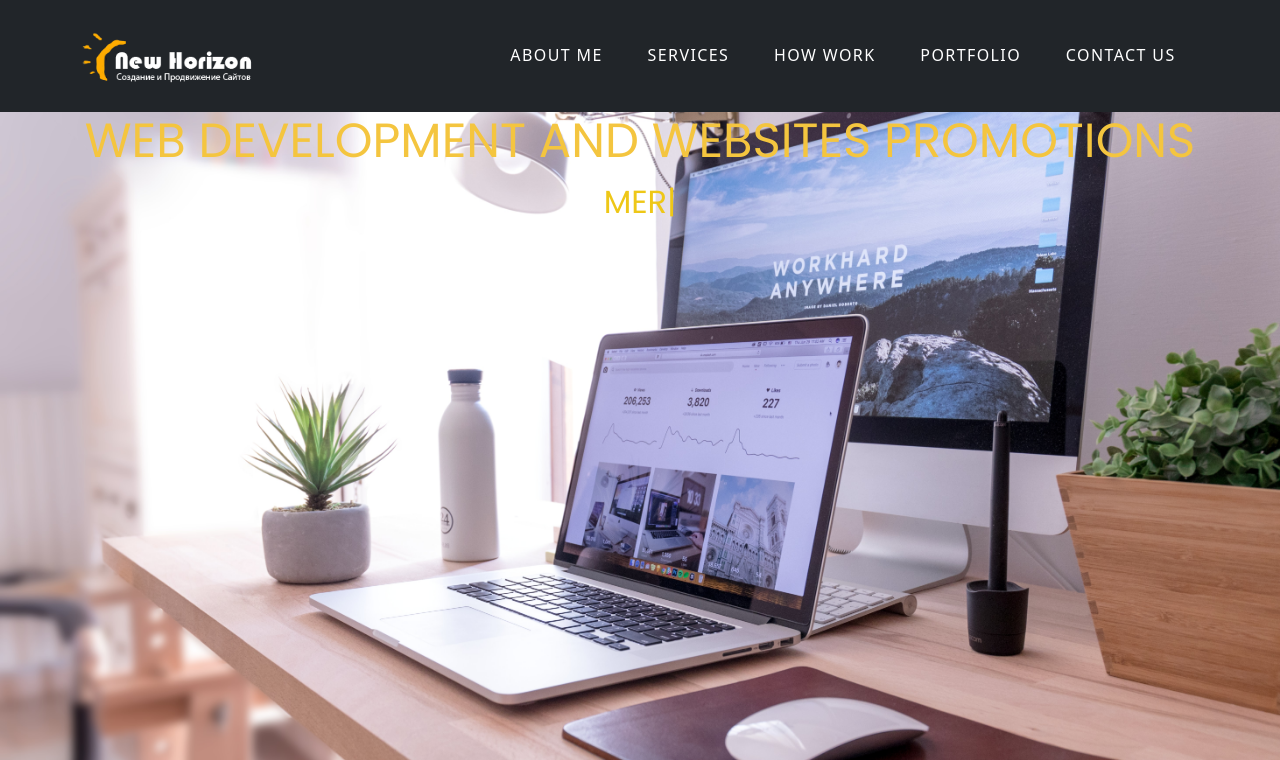
Repository: ahmedibrahimhassan654/React-Bootstrap-5
Page: /
An editor plug-in stored every save of this project. The page is shown before and after the next save, followed by the edit.
The browser window is 1280 px wide. The pictures show the whole page.
The project was rebuilt for these pictures with package versions that can differ from the ones it lists, and the page was loaded fresh each time.

Above is the page before, as saved 2021-11-25 06:53:18.

### public/index.html
<!DOCTYPE html>
<html lang="en">
  <head>
    <meta charset="utf-8" />
    <link rel="icon" href="%PUBLIC_URL%/favicon.ico" />
    <meta name="viewport" content="width=device-width, initial-scale=1" />
    <meta name="theme-color" content="#000000" />
    <meta
      name="description"
      content="Web site created using create-react-app"
    />
    <link rel="apple-touch-icon" href="%PUBLIC_URL%/logo192.png" />
    <!--
      manifest.json provides metadata used when your web app is installed on a
      user's mobile device or desktop. See https://developers.google.com/web/fundamentals/web-app-manifest/
    -->
    <link rel="manifest" href="%PUBLIC_URL%/manifest.json" />
    <!--
      Notice the use of %PUBLIC_URL% in the tags above.
      It will be replaced with the URL of the `public` folder during the build.
      Only files inside the `public` folder can be referenced from the HTML.

      Unlike "/favicon.ico" or "favicon.ico", "%PUBLIC_URL%/favicon.ico" will
      work correctly both with client-side routing and a non-root public URL.
      Learn how to configure a non-root public URL by running `npm run build`.
    -->
    <title>React App</title>
  </head>
  <body>
    <noscript>You need to enable JavaScript to run this app.</noscript>
    <div id="root"></div>


 <script src="https://cdn.jsdelivr.net/npm/bootstrap@5.0.2/dist/js/bootstrap.bundle.min.js" integrity="sha384-MrcW6ZMFYlzcLA8Nl+NtUVF0sA7MsXsP1UyJoMp4YLEuNSfAP+JcXn/tWtIaxVXM" crossorigin="anonymous"></script>

  </body>
</html>

### src/App.js
import "./App.css";
import "bootstrap/dist/css/bootstrap.min.css";
import Navbar from "./components/Navbar";
import Header from "./components/Header";
function App() {
  return (
    <>
      <Navbar />
      <Header />
    </>
  );
}

export default App;

### src/App.css
/* Font Imported */
@import url("https://fonts.googleapis.com/css2?family=Poppins:wght@300;400&family=Work+Sans:wght@300&display=swap");

:root {
  --primary-white: #fff;
  --primary-orage: #f4c53f;
  --primary-dark: #212529;
  --primary-green: #44ee17;
}

body {
  font-family: "Poppins", sans-serif;
}
/* Nav Bar */
.logo {
  width: 16.25rem;
}
/* Menu Link */

nav a.nav-link {
  /* font-weight: 900; */
  letter-spacing: 0.0875rem;
  cursor: pointer;
}
nav ul li {
  text-transform: uppercase;
}
.navbar-nav li a {
  color: var(--primary-white) !important;
  margin-right: 0.9rem;
  margin-left: 0.9rem;
  border-bottom: 0.1875rem solid var(--primary-dark);
}
.navbar-brand {
  max-width: 17.25rem;
  padding: 0 !important;
  height: 6rem;
}
.navbar-nav li a.active,
.navbar-nav li a.active:focus {
  border-bottom: 0.1875rem solid var(--primary-orage);
}
.navbar-nav li a:hover {
  border-top: 0.1875rem solid var(--primary-green);
}
/* Header */
.header-wraper {
  position: relative;
  background-image: url("/src/img/cover.jpg");
  background-size: cover;
  background-position: center;
  height: 90vh;
}
.maininfo {
  display: flex;
  flex-direction: column;
  justify-content: center;
  align-items: center;
  text-align: center;

  font-family: "Poppins", sans-serif;
}
.maininfo h1 {
  color: var(--primary-orage);
  text-transform: uppercase;

  font-size: 3rem;
}

.text-typed {
  color: #eec717;
  font-size: 2rem;
}

### src/components/Navbar.jsx
import React from "react";
import logo from "../logo.png";

import { FontAwesomeIcon } from "@fortawesome/react-fontawesome";
import { faBars } from "@fortawesome/free-solid-svg-icons";

const Navbar = () => {
  return (
    <>
      <nav className="navbar navbar-expand-lg navbar-light bg-dark">
        <div className="container">
          <a className="navbar-brand" href="#">
            <img className="logo" src={logo} alt=" logo ...." />
          </a>
          <button
            className="navbar-toggler"
            type="button"
            data-bs-toggle="collapse"
            data-bs-target="#navbarSupportedContent"
            aria-controls="navbarSupportedContent"
            aria-expanded="false"
            aria-label="Toggle navigation"
          >
            <FontAwesomeIcon icon={faBars} style={{ color: "orange" }} />
          </button>
          <div className="collapse navbar-collapse" id="navbarSupportedContent">
            <ul className="navbar-nav ms-auto mb-2 mb-lg-0">
              <li className="nav-item">
                <a className="nav-link " aria-current="page" href="#">
                  about me
                </a>
              </li>
              <li className="nav-item">
                <a className="nav-link" href="#">
                  services
                </a>
              </li>
              <li className="nav-item">
                <a className="nav-link" href="#">
                  How work
                </a>
              </li>
              <li className="nav-item">
                <a className="nav-link" href="#">
                  Portfolio
                </a>
              </li>
              <li className="nav-item">
                <a className="nav-link" href="#">
                  Contact Us
                </a>
              </li>
            </ul>
          </div>
        </div>
      </nav>
    </>
  );
};

export default Navbar;

### src/components/Header.jsx
import React from "react";
import Typed from "react-typed";
const Header = () => {
  return (
    <div className="header-wraper">
      <div className="maininfo">
        <h1> web development and websites promotions</h1>
        <Typed
          className="text-typed"
          strings={[
            "Node Js Developer",
            "React Js Developer",
            "MERN Stack Web Developer",
          ]}
          typeSpeed={80}
          loop
        />
      </div>
    </div>
  );
};

export default Header;

Loaded but not shown: src/index.js (common file); src/reportWebVitals.js (common file)

After the next save:
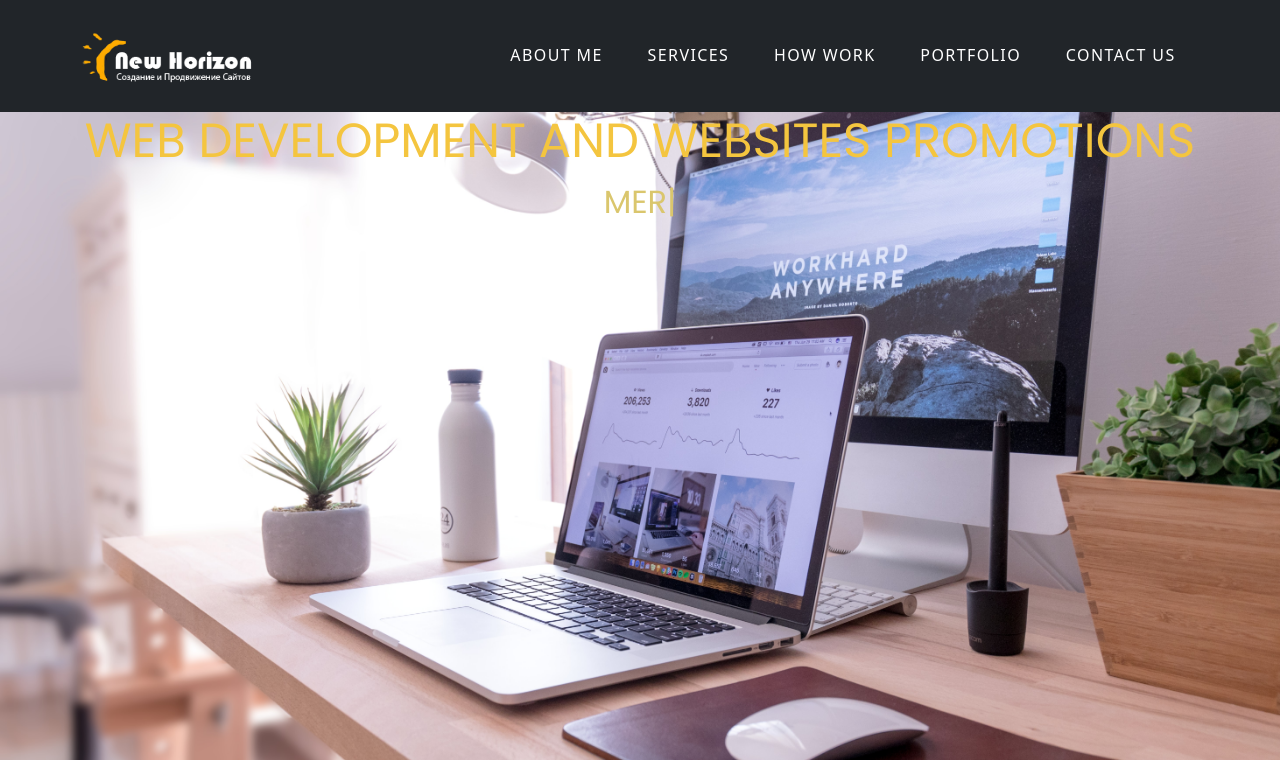
Saved 8 s later.
--- a/src/App.css
+++ b/src/App.css
@@ -68,6 +68,6 @@ nav ul li {
 }
 
 .text-typed {
-  color: #eec717;
+  color: #dac66d;
   font-size: 2rem;
 }
